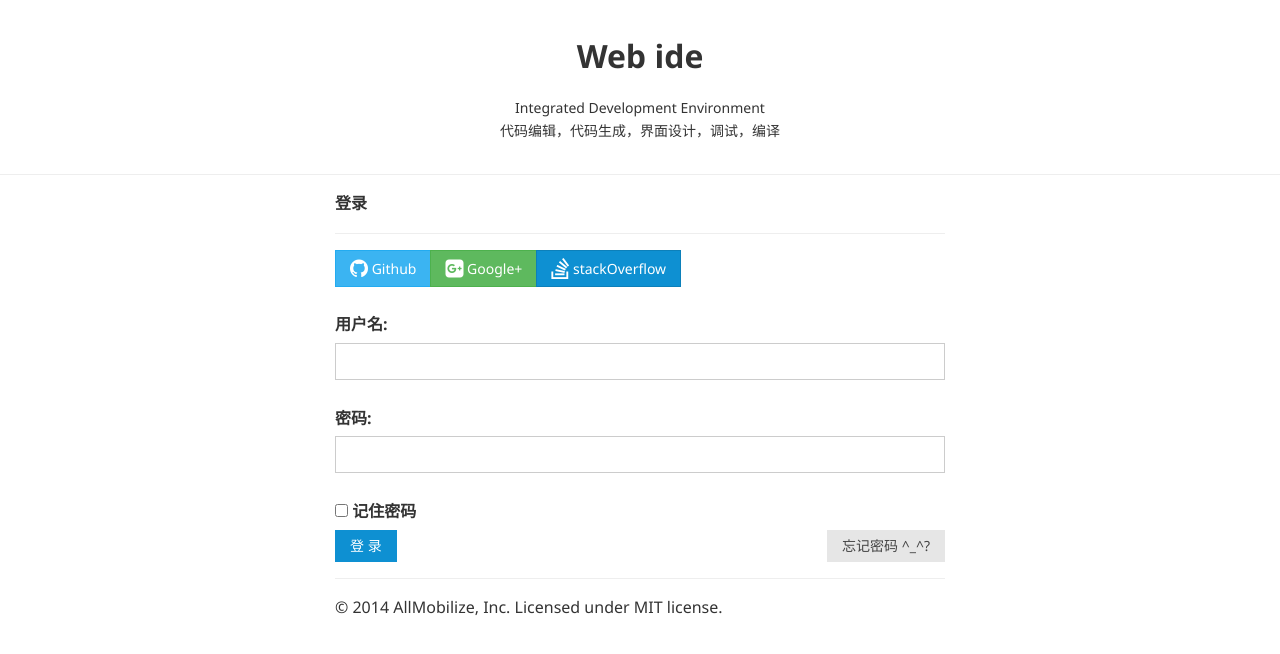
Repository: maorinn/jmao
Page: Project_module/WebContent/login.html
An editor plug-in stored every save of this project. The page is shown before and after the next save, followed by the edit.
The browser window is 1280 px wide. The pictures show the whole page.

Above is the page before, as saved 2019-05-16 07:03:56.

### Project_module/WebContent/login.html
<!DOCTYPE html>
<html>
<head lang="en">
  <meta charset="UTF-8">
  <title>Login Page | Amaze UI Example</title>
  <meta http-equiv="X-UA-Compatible" content="IE=edge">
  <meta name="viewport" content="width=device-width, initial-scale=1">
  <meta name="format-detection" content="telephone=no">
  <meta name="renderer" content="webkit">
  <meta http-equiv="Cache-Control" content="no-siteapp" />
  <link rel="alternate icon" type="image/png" href="assets/i/favicon.png">
  <link rel="stylesheet" href="assets/css/amazeui.min.css"/>
  <style>
    .header {
      text-align: center;
    }
    .header h1 {
      font-size: 200%;
      color: #333;
      margin-top: 30px;
    }
    .header p {
      font-size: 14px;
    }
  </style>
</head>
<body>
<div class="header">
  <div class="am-g">
    <h1>Web ide</h1>
    <p>Integrated Development Environment<br/>代码编辑，代码生成，界面设计，调试，编译</p>
  </div>
  <hr />
</div>
<div class="am-g">
  <div class="am-u-lg-6 am-u-md-8 am-u-sm-centered">
    <h3>登录</h3>
    <hr>
    <div class="am-btn-group">
      <a href="#" class="am-btn am-btn-secondary am-btn-sm"><i class="am-icon-github am-icon-sm"></i> Github</a>
      <a href="#" class="am-btn am-btn-success am-btn-sm"><i class="am-icon-google-plus-square am-icon-sm"></i> Google+</a>
      <a href="#" class="am-btn am-btn-primary am-btn-sm"><i class="am-icon-stack-overflow am-icon-sm"></i> stackOverflow</a>
    </div>
    <br>
    <br>

    <form method="post" class="am-form" action="login">
      <label for="email">用户名:</label>
      <input type="email" name="email"  value="">
      <br>
      <label for="password">密码:</label>
      <input type="password" name="password" id="password" value="">
      <br>
      <label for="remember-me">
        <input id="remember-me" type="checkbox">
        记住密码
      </label>
      <br />
      <div class="am-cf">
        <input type="submit" name="" value="登 录" class="am-btn am-btn-primary am-btn-sm am-fl">
        <input type="submit" name="" value="忘记密码 ^_^? " class="am-btn am-btn-default am-btn-sm am-fr">
      </div>
    </form>
    <hr>
    <p>© 2014 AllMobilize, Inc. Licensed under MIT license.</p>
  </div>
</div>
</body>
</html>

Loaded but not shown: Project_module/WebContent/assets/css/amazeui.min.css (library)

After the next save:
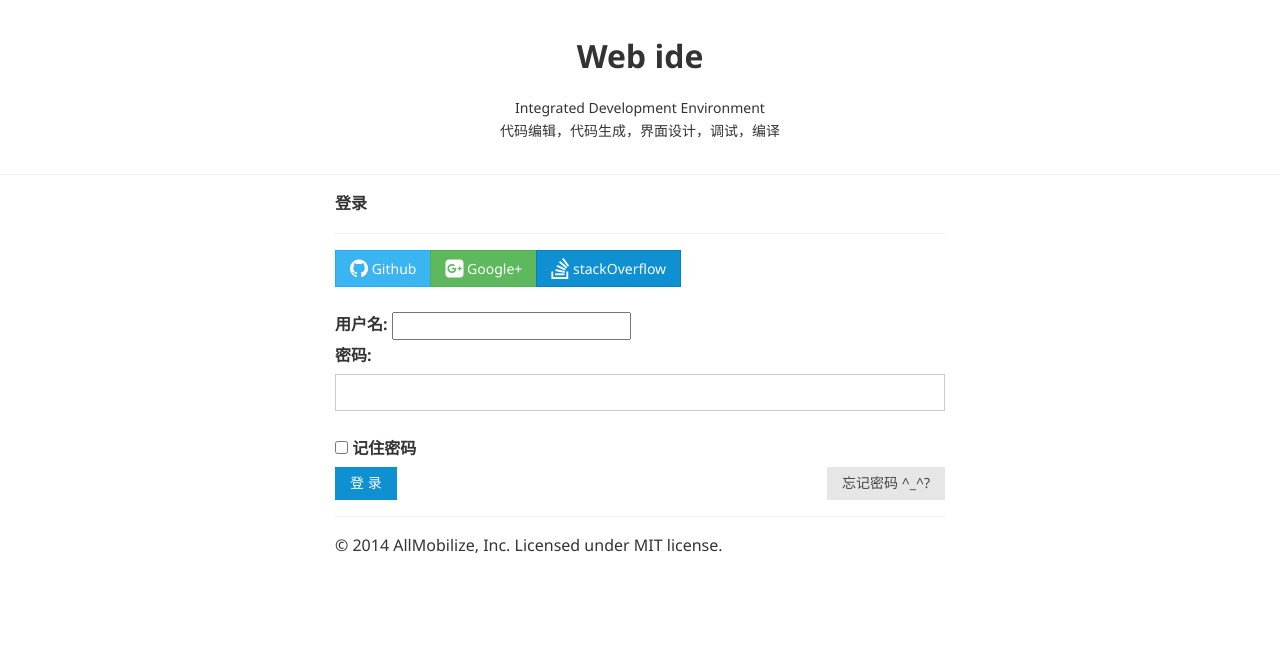
Saved 83 s later.
--- a/Project_module/WebContent/login.html
+++ b/Project_module/WebContent/login.html
@@ -46,7 +46,7 @@
 
     <form method="post" class="am-form" action="login">
       <label for="email">用户名:</label>
-      <input type="email" name="email"  value="">
+      <input name="email"  value="">
       <br>
       <label for="password">密码:</label>
       <input type="password" name="password" id="password" value="">
